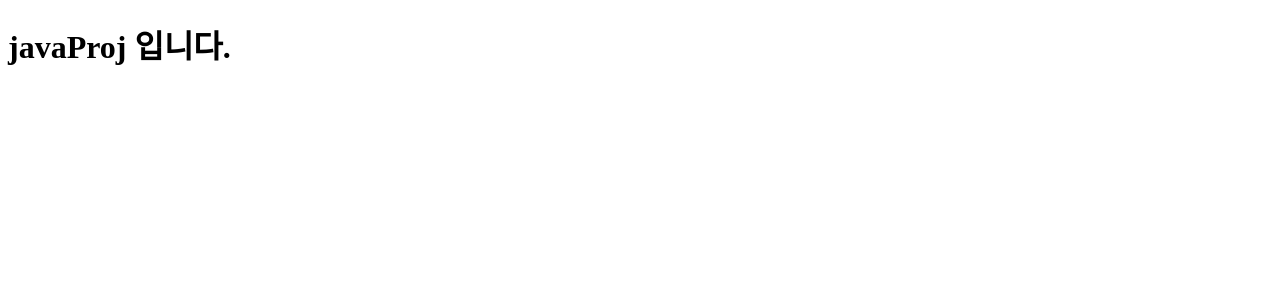
Repository: Jamikidu/newJsp
Page: http://localhost/jspProj/
These files come from the project's save history. The page is drawn as it stood at one moment and after the next save; the edit follows.
The browser window is 1280 px wide. The pictures show the whole page.
The page is served by Tomcat 9. Nobody is signed in. The application's start-up code is not run.

Above is the page before, as saved 2023-07-25 02:47:09.

After the next save:
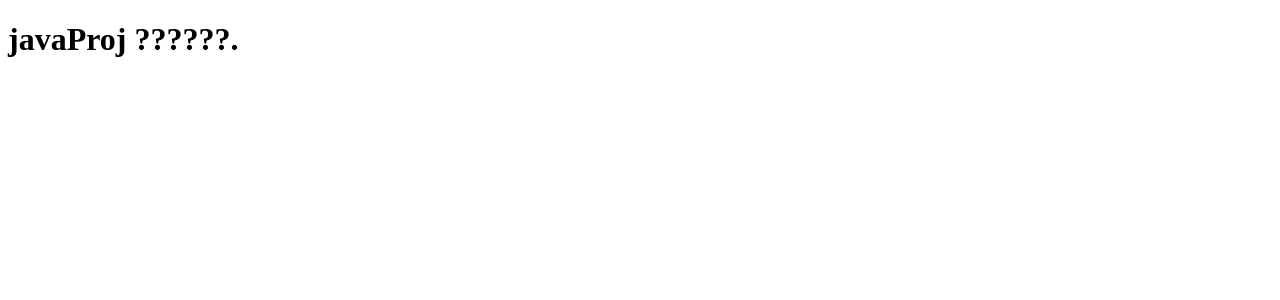
Saved 29 min 12 s later.
--- a/jspProj/src/main/webapp/index.jsp
+++ b/jspProj/src/main/webapp/index.jsp
@@ -1,12 +1,12 @@
-<%@ page language="java" contentType="text/html; charset=UTF-8"
-    pageEncoding="UTF-8"%>
+<%@ page language="java" contentType="text/html; charset=EUC-KR"
+    pageEncoding="EUC-KR"%>
 <!DOCTYPE html>
 <html>
 <head>
-<meta charset="UTF-8">
+<meta charset="EUC-KR">
 <title>Insert title here</title>
 </head>
 <body>
-	<h1>javaProj 입니다.</h1>
+<h1>javaProj 입니다.</h1>
 </body>
 </html>
